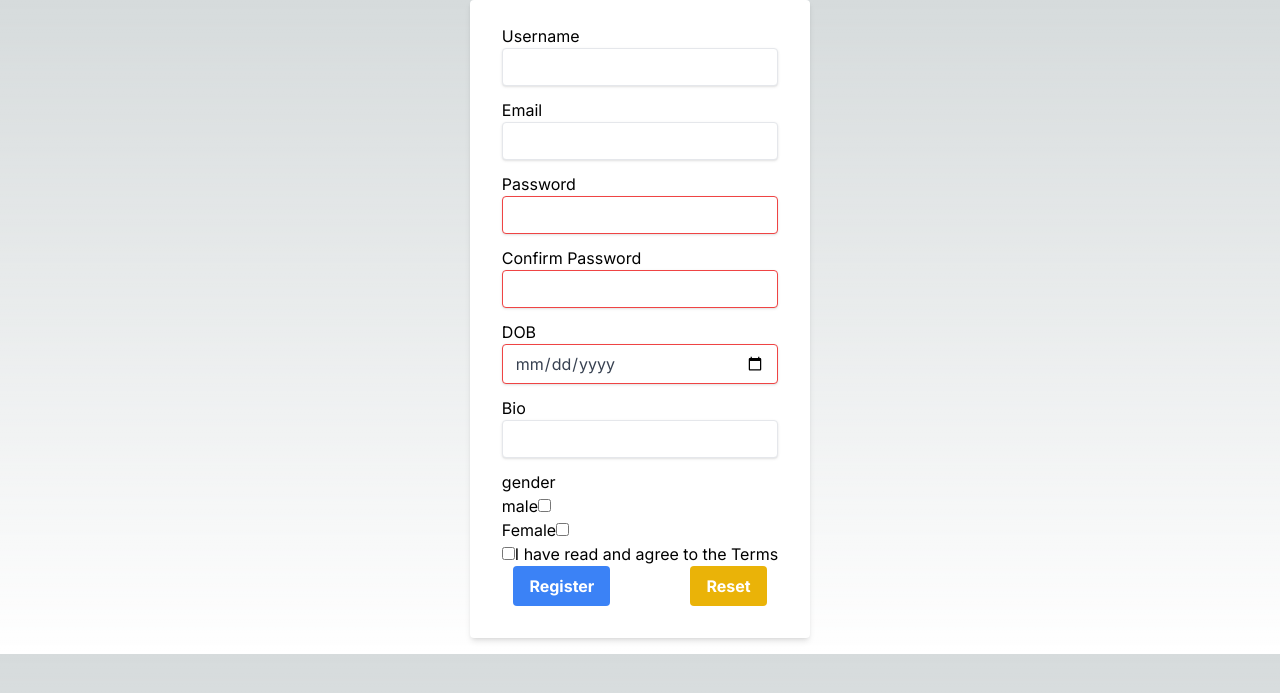
Repository: uh-sman/tiktok-card
Page: /
The author's editor kept a copy of each file at every save. The page is drawn from the files as they stood at one save, then again after the next save.
The browser window is 1280 px wide. The pictures show the whole page.
The project was rebuilt for these pictures with package versions that can differ from the ones it lists, and the page was loaded fresh each time. The framework's server and built-in components were replaced by stand-ins that run in the browser. Also part of the build but not shown: next.config.js.

Above is the page before, as saved 2023-12-19 14:23:46.

### app/page.tsx
'use client'
// import Input from "./components/Input";
import { FieldValues, SubmitHandler, useForm } from "react-hook-form";
import AuthForm from "./components/AuthForm";
type FormValues = {
  name: string,
      email: string,
      password: string,
      confirmPassword: string,
      DateOfBirth: string,
      Bio: string,
      gender: string,
      termsAndConditions: string
}

export default function Home() {
  return (
    <div>
      <AuthForm />
    </div>
  )
}



{/* <form class="max-w-sm mx-auto">
  <div class="mb-5">
    <label for="email" class="block mb-2 text-sm font-medium text-gray-900 dark:text-white">Your email</label>
    <input type="email" id="email" class="bg-gray-50 border border-gray-300 text-gray-900 text-sm rounded-lg focus:ring-blue-500 focus:border-blue-500 block w-full p-2.5 dark:bg-gray-700 dark:border-gray-600 dark:placeholder-gray-400 dark:text-white dark:focus:ring-blue-500 dark:focus:border-blue-500" placeholder="name@flowbite.com" required>
  </div>
  <div class="mb-5">
    <label for="password" class="block mb-2 text-sm font-medium text-gray-900 dark:text-white">Your password</label>
    <input type="password" id="password" class="bg-gray-50 border border-gray-300 text-gray-900 text-sm rounded-lg focus:ring-blue-500 focus:border-blue-500 block w-full p-2.5 dark:bg-gray-700 dark:border-gray-600 dark:placeholder-gray-400 dark:text-white dark:focus:ring-blue-500 dark:focus:border-blue-500" required>
  </div>
  <div class="flex items-start mb-5">
    <div class="flex items-center h-5">
      <input id="remember" type="checkbox" value="" class="w-4 h-4 border border-gray-300 rounded bg-gray-50 focus:ring-3 focus:ring-blue-300 dark:bg-gray-700 dark:border-gray-600 dark:focus:ring-blue-600 dark:ring-offset-gray-800 dark:focus:ring-offset-gray-800" required>
    </div>
    <label for="remember" class="ms-2 text-sm font-medium text-gray-900 dark:text-gray-300">Remember me</label>
  </div>
  <button type="submit" class="text-white bg-blue-700 hover:bg-blue-800 focus:ring-4 focus:outline-none focus:ring-blue-300 font-medium rounded-lg text-sm w-full sm:w-auto px-5 py-2.5 text-center dark:bg-blue-600 dark:hover:bg-blue-700 dark:focus:ring-blue-800">Submit</button>
</form> */}

### app/components/AuthForm.tsx
import React from "react";
import { useForm } from "react-hook-form";
// the type of data
type UserSubmitForm = {
    username: string;
    email: string;
    password: string;
    confirmPassword: string;
    acceptTerms: boolean;
    male:boolean;
    female:boolean;
    Bio:string;
    DateOfBirth: number
  };
const AuthForm: React.FC = () => {
    // using the useForm hook from the react-hook-form package
    const {register,handleSubmit, reset} = useForm<UserSubmitForm>()
    // the onSubmit handler
    const onSubmit = (data: UserSubmitForm) => {
        console.log(data)
    }
    return (
        <div className="flex justify-center">
            <div className="flex justify-center w-full max-w-xxl">
        <form className="bg-white shadow-md rounded px-8 pt-6 pb-8 mb-4" onSubmit={handleSubmit(onSubmit)}>
          <div className="flex flex-col">
            <label>Username</label>
            <input
            className="shadow appearance-none border rounded w-full py-2 px-3 text-gray-700 mb-3 leading-tight focus:outline-none focus:shadow-outline"
              type="text"
            //   using the hook to handle form state
            {...register('username')}
            />
            <div className="invalid-feedback">
                </div>
          </div>

          <div className="flex flex-col">
            <label>Email</label>
            <input
            className="shadow appearance-none border rounded w-full py-2 px-3 text-gray-700 mb-3 leading-tight focus:outline-none focus:shadow-outline"
            type="text"
            {...register('email')}
            />
            <div className="invalid-feedback">
                </div>
          </div>

          <div className="flex flex-col">
            <label>Password</label>
            <input
            className="shadow appearance-none border border-red-500 rounded w-full py-2 px-3 text-gray-700 mb-3 leading-tight focus:outline-none focus:shadow-outline"
            type="password"
            {...register('password')}
            />
            <div className="invalid-feedback">
                </div>
          </div>
          <div className="flex flex-col">
            <label>Confirm Password</label>
            <input
            className="shadow appearance-none border border-red-500 rounded w-full py-2 px-3 text-gray-700 mb-3 leading-tight focus:outline-none focus:shadow-outline"
              type="password"
              {...register('confirmPassword')}
            />
            <div className="invalid-feedback">
            </div>
          </div>
          <div className="flex flex-col">
            <label>DOB</label>
            <input
            className="shadow appearance-none border border-red-500 rounded w-full py-2 px-3 text-gray-700 mb-3 leading-tight focus:outline-none focus:shadow-outline"
              type="date"
              {...register('DateOfBirth')}
            />
            <div className="invalid-feedback">
            </div>
          </div>
          <div className="flex flex-col">
            <label>Bio</label>
            <input
            className="shadow appearance-none border rounded w-full py-2 px-3 text-gray-700 mb-3 leading-tight focus:outline-none focus:shadow-outline"
            type="text"
            {...register('Bio')}
            />
            <div className="invalid-feedback">
            </div>
          </div>

          <div className="">
          <label htmlFor="gender" className="font-md">
              gender
            </label>
            <div className="">
                <label htmlFor="Male">male</label>
            <input
              type="checkbox"
              {...register('male')}
              />

            </div>
            <div className="">
                <label htmlFor="Female">Female</label>
            <input
              type="checkbox"
              {...register('female')}
              />
            </div>
            <div className="invalid-feedback">
                </div>
          </div>
          <div className="">
            <input
              type="checkbox"
              {...register('acceptTerms')}
              />
            <label htmlFor="acceptTerms" className="form-check-label">
              I have read and agree to the Terms
            </label>
            <div className="invalid-feedback">
                </div>
          </div>

          <div className="flex justify-center gap-20">
            <button type="submit" className="bg-blue-500 hover:bg-blue-700 text-white font-bold py-2 px-4 rounded focus:outline-none focus:shadow-outline">
              Register
            </button>
            <button
              type="button"
              onClick={() => reset()}
              className="bg-yellow-500 hover:bg-yellow-700 text-white font-bold py-2 px-4 rounded focus:outline-none focus:shadow-outline"
              >
              Reset
            </button>
          </div>
        </form>
        </div>
      </div>
    )
}

export default AuthForm;

Loaded but not shown: app/layout.tsx (common file); app/globals.css (common file); tailwind.config.ts (common file)

After the next save:
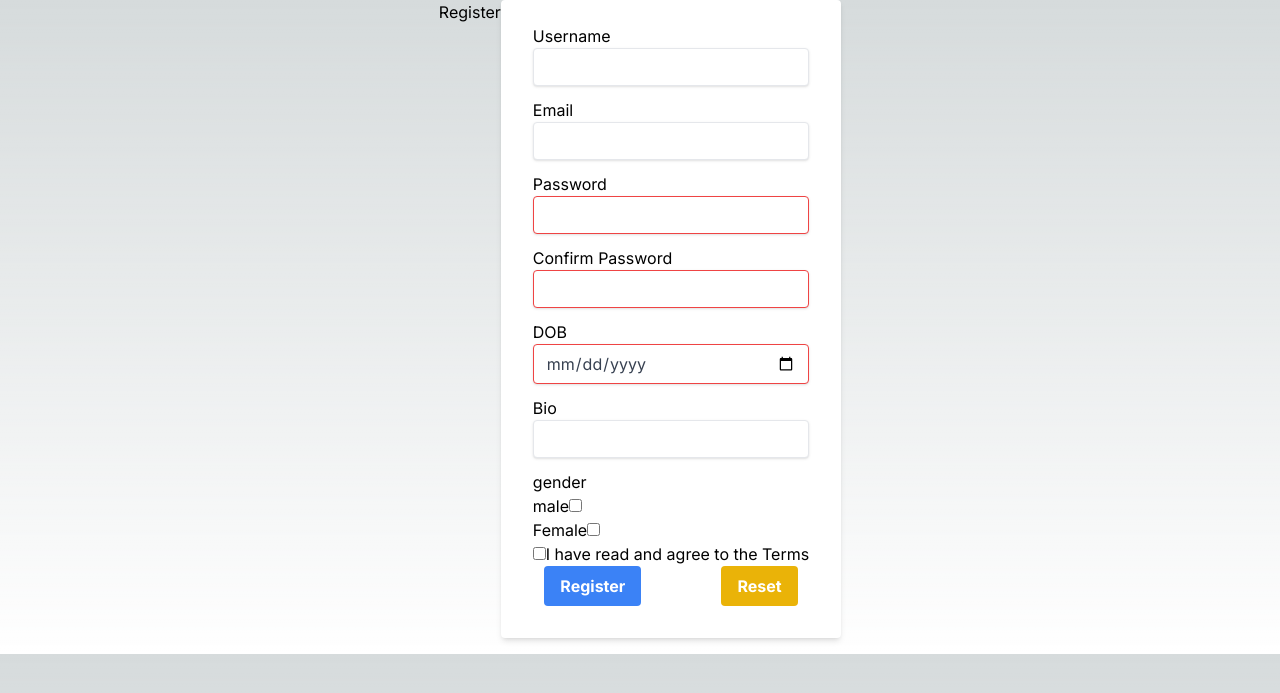
Saved 27 s later.
--- a/app/components/AuthForm.tsx
+++ b/app/components/AuthForm.tsx
@@ -22,6 +22,7 @@ const AuthForm: React.FC = () => {
     return (
         <div className="flex justify-center">
             <div className="flex justify-center w-full max-w-xxl">
+                <h2>Register</h2>
         <form className="bg-white shadow-md rounded px-8 pt-6 pb-8 mb-4" onSubmit={handleSubmit(onSubmit)}>
           <div className="flex flex-col">
             <label>Username</label>
